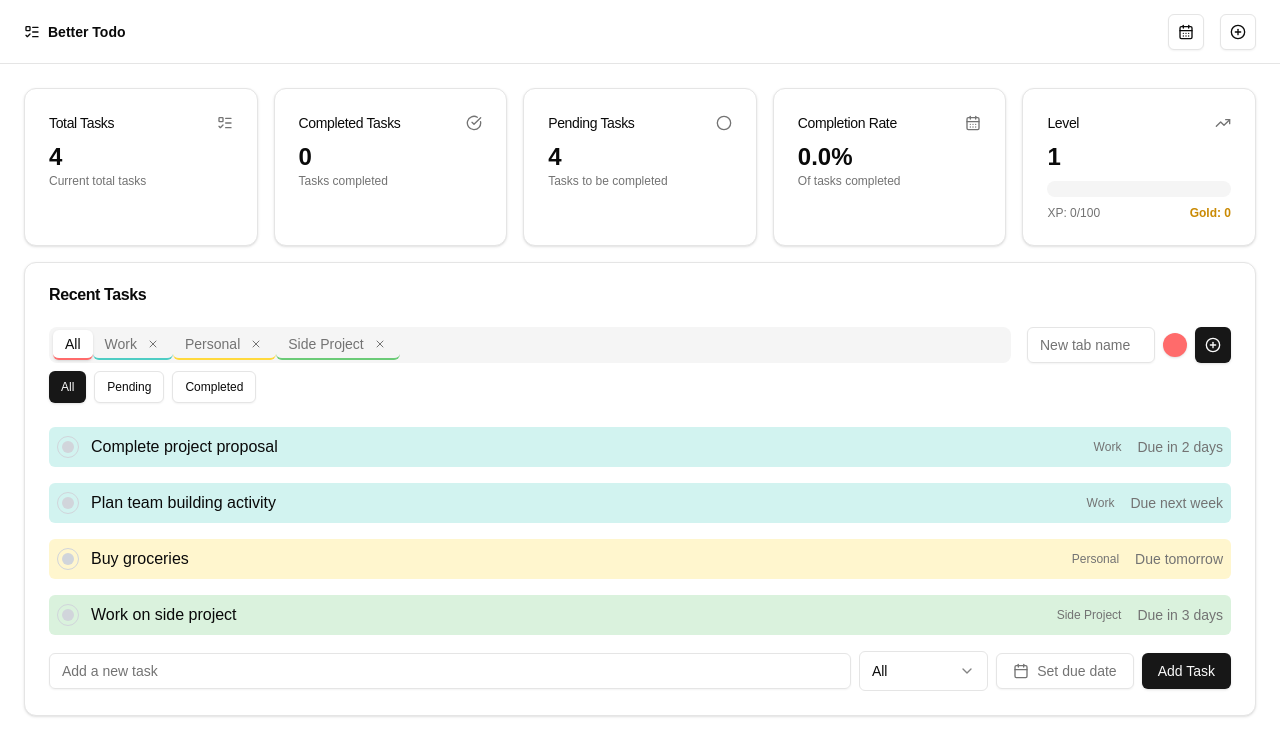
Repository: malikbarbier7/better-todo
Page: /dashboard
An editor plug-in stored every save of this project. The page is shown before and after the next save, followed by the edit.
The browser window is 1280 px wide. The pictures show the whole page.
The project was rebuilt for these pictures with package versions that can differ from the ones it lists, and the page was loaded fresh each time. The framework's server and built-in components were replaced by stand-ins that run in the browser. Also part of the build but not shown: next.config.js, next.config.mjs, components/ui/calendar.tsx.

Above is the page before, as saved 2024-10-04 14:25:26.

After the next save:
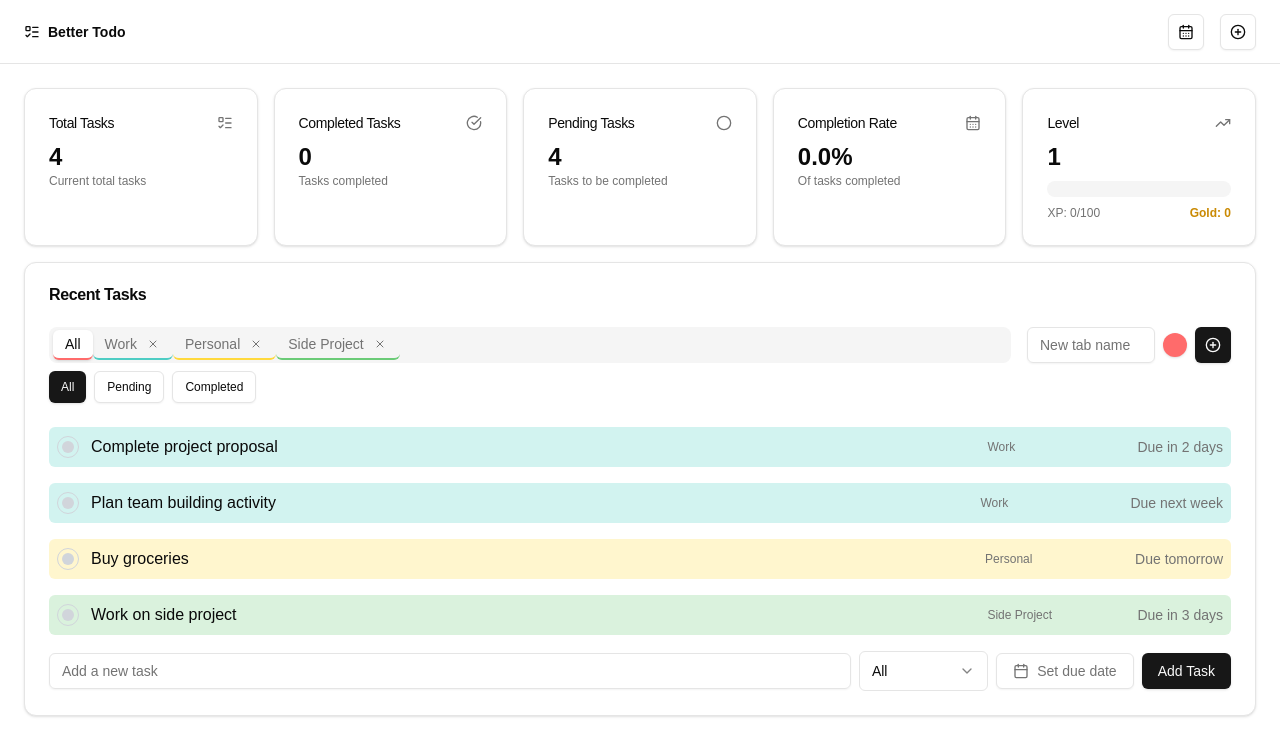
Saved 36 s later.
--- a/components/dashboard.tsx
+++ b/components/dashboard.tsx
@@ -434,7 +434,7 @@ export function Dashboard() {
                               {task.name}
                             </span>
                             <div className="flex items-center">
-                              <span className="text-xs text-muted-foreground mr-4">{task.category}</span>
+                              <span className="text-xs text-muted-foreground" style={{ width: '150px' }}>{task.category}</span>
                               <span className="text-sm text-muted-foreground">{task.dueDate}</span>
                             </div>
                           </div>
